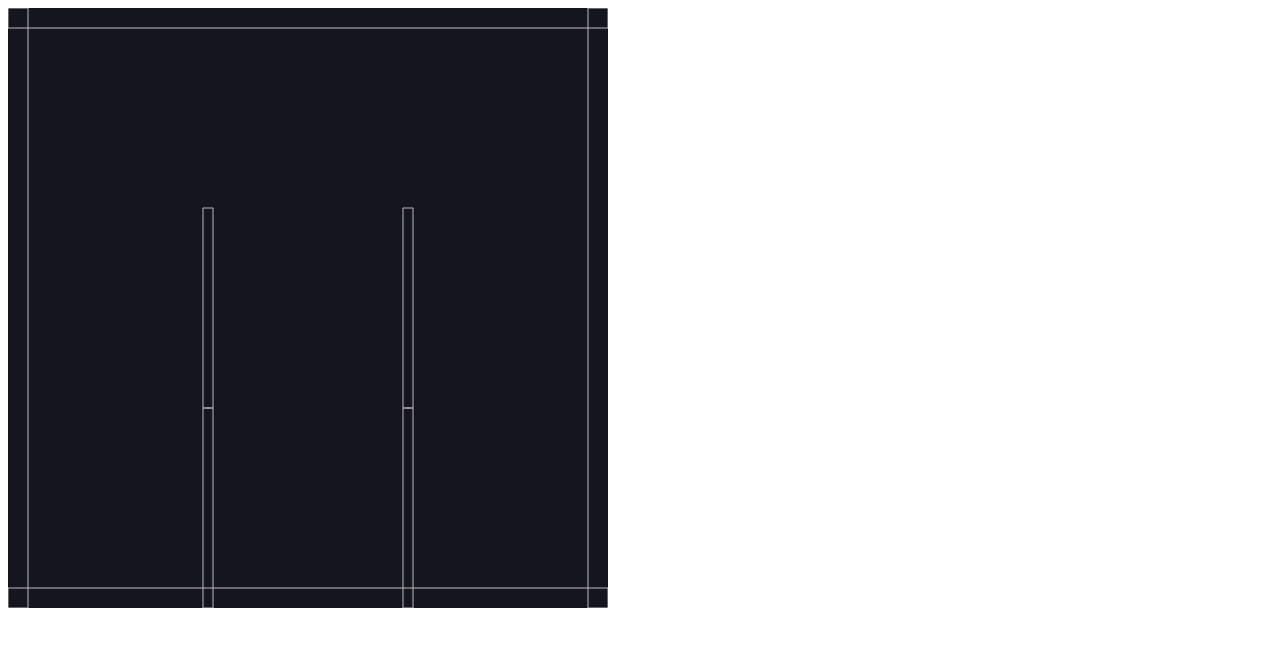
Repository: zhapar/JS-Bootcamp
Page: 3. Maze/index.html
An editor plug-in stored every save of this project. The page is shown before and after the next save, followed by the edit.
The browser window is 1280 px wide. The pictures show the whole page.
Some web libraries are served in a nearby version.

Above is the page before, as saved 2020-07-16 18:01:47.

After the next save:
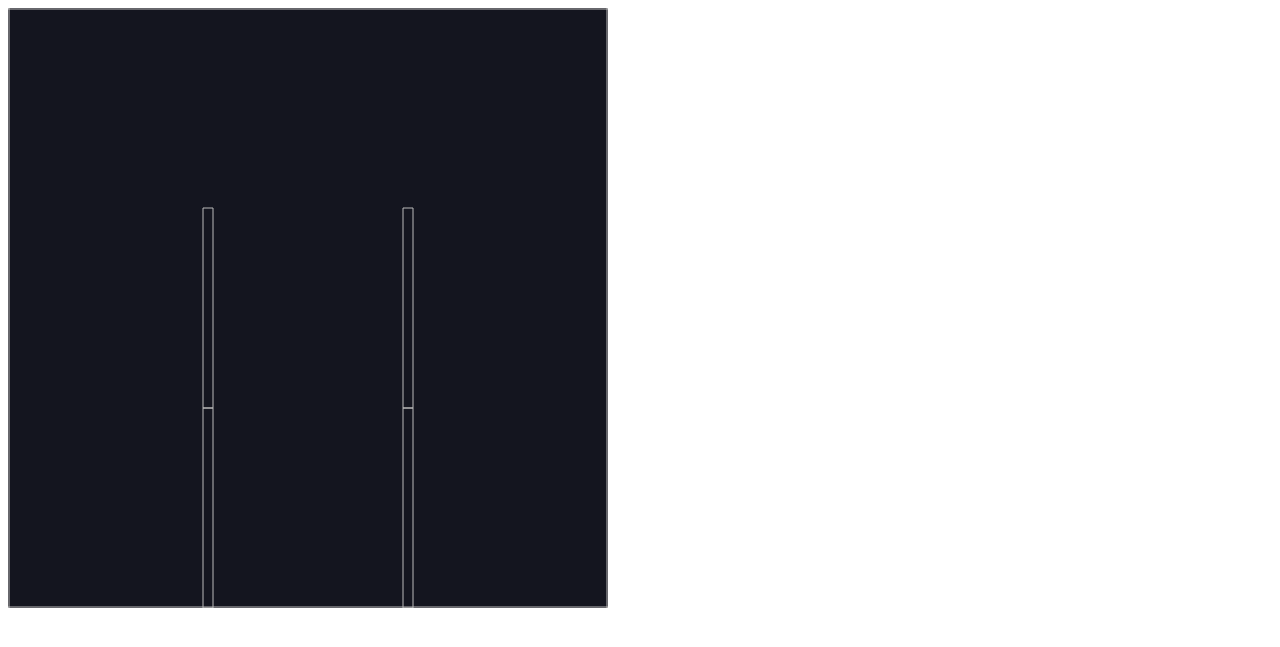
Saved 6 min 9 s later.
--- a/3. Maze/app.js
+++ b/3. Maze/app.js
@@ -39,10 +39,10 @@ Runner.run(Runner.create(), engine);
 
 // Walls
 const walls = [
-  Bodies.rectangle(width / 2, 0, width, 40, { isStatic: true }),
-  Bodies.rectangle(width / 2, height, width, 40, { isStatic: true }),
-  Bodies.rectangle(0, height / 2, 40, height, { isStatic: true }),
-  Bodies.rectangle(width, height / 2, 40, height, { isStatic: true }),
+  Bodies.rectangle(width / 2, 0, width, 2, { isStatic: true }),
+  Bodies.rectangle(width / 2, height, width, 2, { isStatic: true }),
+  Bodies.rectangle(0, height / 2, 2, height, { isStatic: true }),
+  Bodies.rectangle(width, height / 2, 2, height, { isStatic: true }),
 ];
 World.add(world, walls);
 
